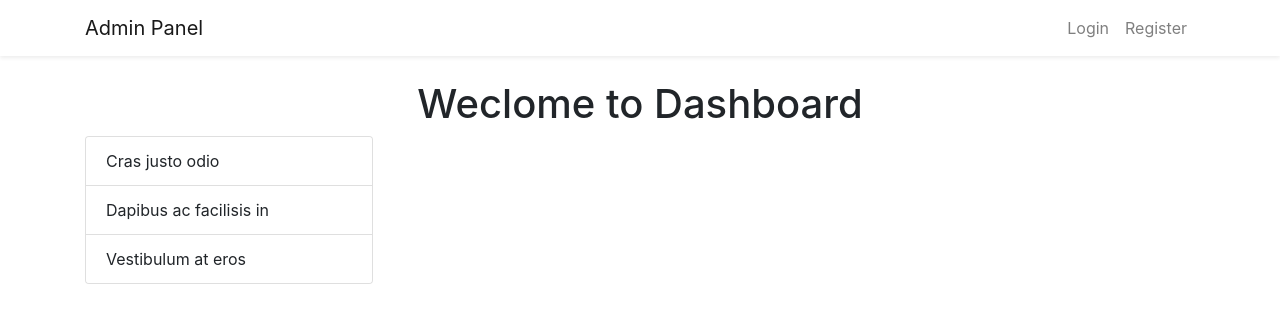
Repository: mohamedelbadawi/Simple-galley-using-laravel
Page: http://localhost/admin/dashboard
These files come from the project's save history. The page is drawn as it stood at one moment and after the next save; the edit follows.
The browser window is 1280 px wide. The pictures show the whole page.
The page is served by the project's Laravel application, run on PHP 8.4 with Laravel 8.

Above is the page before, as saved 2021-09-01 11:54:09.

After the next save:
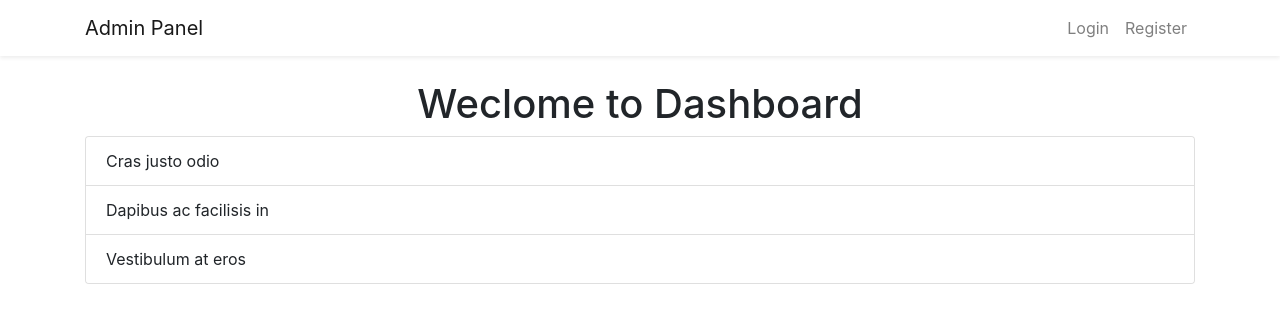
Saved 13 s later.
--- a/Gallery/resources/views/admin/Dashboard.blade.php
+++ b/Gallery/resources/views/admin/Dashboard.blade.php
@@ -5,7 +5,7 @@
     <div class="container">
         <h1 class="text-center">Weclome to Dashboard</h1>
 
-        <div class="card" style="width: 18rem;">
+        <div class="card" style="width: 100%">
             <ul class="list-group list-group-flush">
                 <li class="list-group-item">Cras justo odio</li>
                 <li class="list-group-item">Dapibus ac facilisis in</li>
